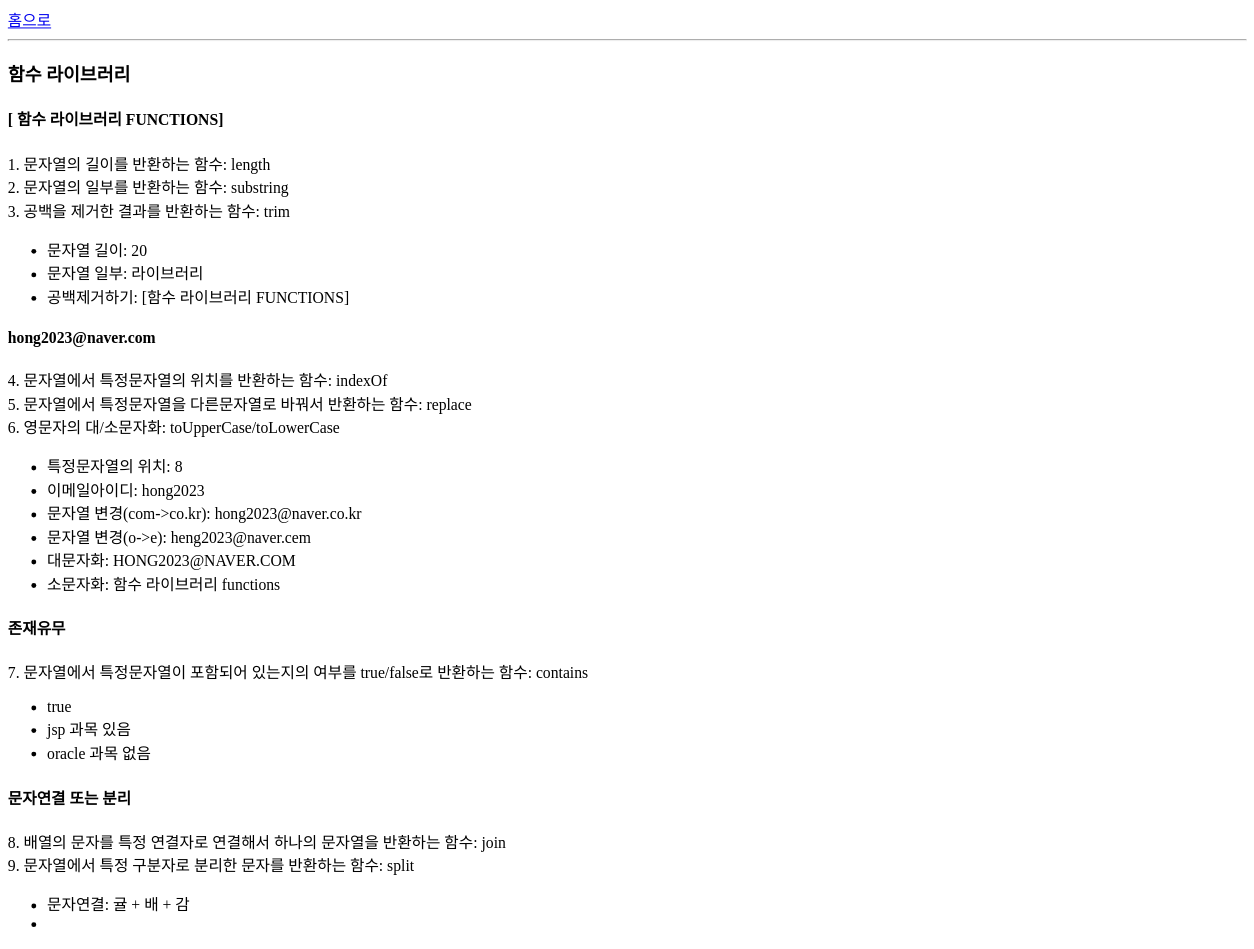
Repository: linklifejo/study_web
Page: http://localhost/servlet02/jstl/functions.jsp
These files come from the project's save history. The page is drawn as it stood at one moment and after the next save; the edit follows.
The browser window is 1280 px wide. The pictures show the whole page, at 98% of full size.
The page is served by Tomcat 9.

Above is the page before, as saved 2023-02-08 02:10:08.

After the next save:
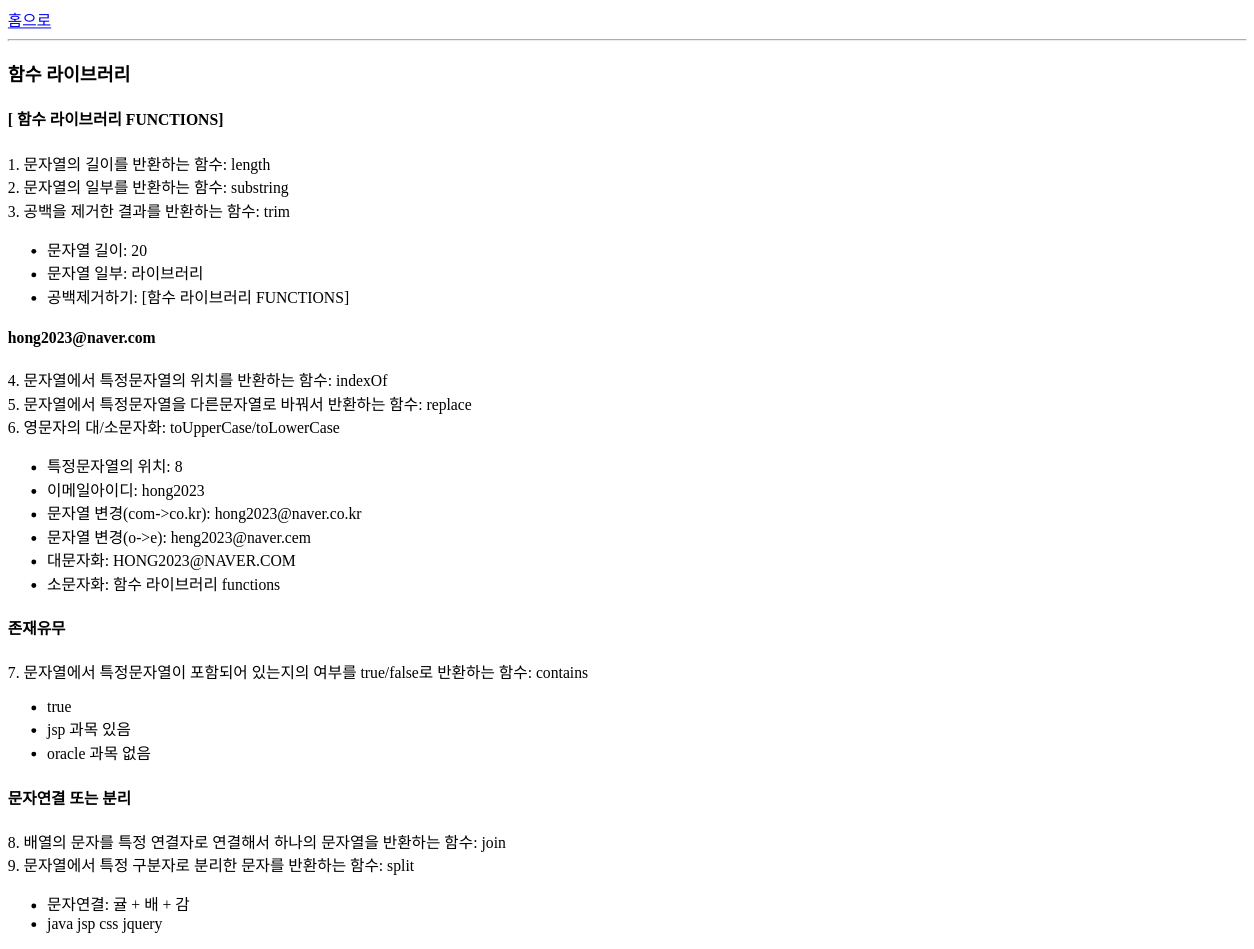
Saved 34 s later.
--- a/servlet02/src/main/webapp/jstl/functions.jsp
+++ b/servlet02/src/main/webapp/jstl/functions.jsp
@@ -55,7 +55,8 @@
 <div>9. 문자열에서 특정 구분자로 분리한 문자를 반환하는 함수: split</div>
 <ul>
 	<li>문자연결: ${fn: join(fruits, ' + ') }</li>
-	<li><c:forEach items="${fn: split(subject, '?,/') }">
+	<li><c:forEach items="${fn: split(subject, '?,/')}" var='subject'>
+			${subject}
 		</c:forEach>
 	</li>
 </ul>
